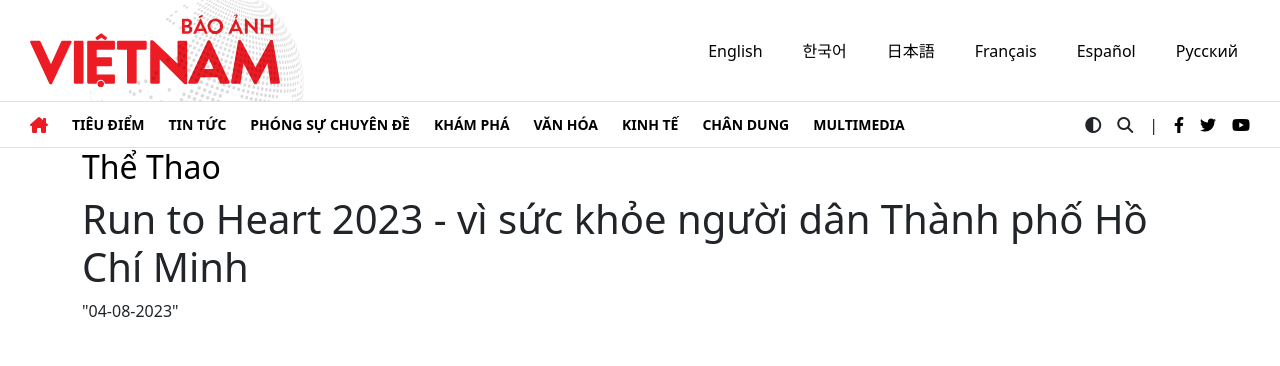
Repository: kietdotshp/webtintuc
Page: Detail.html
These files come from the project's save history. The page is drawn as it stood at one moment and after a run of saves; the edit follows.
The browser window is 1280 px wide. The pictures show the whole page.
Some icons come from a web library that is not loaded, so they are not drawn. Some web libraries are served in a nearby version.

Above is the page before, as saved 2023-08-10 15:52:50.

### Detail.html
<!DOCTYPE html>
<html lang="en">

<head>
    <title></title>
    <meta charset="UTF-8">
    <meta name="viewport" content="width=device-width, initial-scale=1">
    <link href="assets/css/detail.css" rel="stylesheet">
    <link href="https://cdn.jsdelivr.net/npm/bootstrap@5.3.1/dist/css/bootstrap.min.css" rel="stylesheet"
        integrity="sha384-4bw+/aepP/YC94hEpVNVgiZdgIC5+VKNBQNGCHeKRQN+PtmoHDEXuppvnDJzQIu9" crossorigin="anonymous">
    <link href="https://cdn.jsdelivr.net/npm/bootstrap@5.3.1/dist/css/bootstrap.min.css" rel="stylesheet"
        integrity="sha384-4bw+/aepP/YC94hEpVNVgiZdgIC5+VKNBQNGCHeKRQN+PtmoHDEXuppvnDJzQIu9" crossorigin="anonymous" />
    <script src="https://cdn.jsdelivr.net/npm/bootstrap@5.3.1/dist/js/bootstrap.bundle.min.js"></script>
    <script src="https://kit.fontawesome.com/a076d05399.js"></script>
    <link rel="stylesheet" href="https://cdnjs.cloudflare.com/ajax/libs/font-awesome/6.4.2/css/all.min.css"
        integrity="sha512-z3gLpd7yknf1YoNbCzqRKc4qyor8gaKU1qmn+CShxbuBusANI9QpRohGBreCFkKxLhei6S9CQXFEbbKuqLg0DA=="
        crossorigin="anonymous" referrerpolicy="no-referrer" />

</head>

<header>
    <div class="container-custom">
        <section class="d-flex align-items-center justify-content-between">
            <!-- Web logo -->
            <figure class="web-logo">
                <img src="./assets/images/logo-vi.svg" alt="Logo" class="img-contain" />
            </figure>

            <div class="d-none d-lg-flex align-items-center gap-3">
                <a href="javascript:void(0)" class="choose-lang">English</a>
                <a href="javascript:void(0)" class="choose-lang">한국어</a>
                <a href="javascript:void(0)" class="choose-lang">日本語</a>
                <a href="javascript:void(0)" class="choose-lang">Français</a>
                <a href="javascript:void(0)" class="choose-lang">Español</a>
                <a href="javascript:void(0)" class="choose-lang">Русский</a>
            </div>

            <a class="mobile-menu d-lg-none" href="javascript:void(0)">
                <i class="fa-solid fa-bars-staggered fs-2"></i>
            </a>
        </section>
    </div>

    <div class="line-seperate-horizontal"></div>

    <div class="container-custom">
        <section class="d-flex align-items-center justify-content-between py-3 py-lg-0">
            <div class="d-flex align-items-center gap-4 gap-xxl-5">
                <a href="javascript:void(0)">
                    <i class="fa-solid fa-house-chimney color-primary"></i>
                </a>

                <div class="d-none d-lg-flex align-items-center gap-4 gap-xxl-5">
                    <a href="javascript:void(0)" class="menu-item">Tiêu điểm</a>
                    <a href="javascript:void(0)" class="menu-item">Tin tức</a>
                    <a href="javascript:void(0)" class="menu-item">Phóng sự chuyên đề</a>
                    <a href="javascript:void(0)" class="menu-item">Khám phá</a>
                    <a href="javascript:void(0)" class="menu-item">Văn hóa</a>
                    <a href="javascript:void(0)" class="menu-item">Kinh tế</a>
                    <a href="javascript:void(0)" class="menu-item">Chân dung</a>
                    <a href="javascript:void(0)" class="menu-item">Multimedia</a>
                </div>
            </div>

            <div class="d-flex align-items-center gap-3">
                <div class="d-flex align-items-center gap-3">
                    <div class="cursor-pointer">
                        <i class="fa-solid fa-circle-half-stroke"></i>
                    </div>
                    <div class="cursor-pointer">
                        <i class="fa-solid fa-magnifying-glass"></i>
                    </div>
                </div>

                <div class="d-lg-none d-xl-block">|</div>

                <div class="d-lg-none d-xl-flex align-items-center gap-3">
                    <a href="javascript:void(0)">
                        <i class="fa-brands fa-facebook-f"></i>
                    </a>
                    <a href="javascript:void(0)">
                        <i class="fa-brands fa-twitter"></i>
                    </a>
                    <a href="javascript:void(0)">
                        <i class="fa-brands fa-youtube"></i>
                    </a>
                </div>
            </div>
        </section>
    </div>
</header>
<div class="line-seperate-horizontal"></div>

<body>
    <div class="container">
        <div class="detailmenu">
            <h2><a href="#" target="kiểu mở liên kết">Thể Thao</a> </h2>
            <h1>Run to Heart 2023 - vì sức khỏe người dân Thành phố Hồ Chí Minh</h1>

            <time>
                <i class="icon-time icon-grp icon-s12"></i>
                "04-08-2023"
            </time>
        </div>
    </div>
</body>

</html>

### assets/css/detail.css
:root {
    --main-color: #333;
    --main-red-color: #ed1c24;
    --main-white-color: #fff;
    --main-blue-color-1: #b8dcf3;
    --main-blue-color-2: #467491;
    --main-grey-color-1: #666;
    --main-grey-color-2: #888;
    --main-grey-color-3: #f0f0f0;
    --main-border-color: #e0e0e0;
  }

  /* Common */
  .body {
    display: flex;
    flex-direction: column;
    min-height: 100vh;
    font-size: 16px;
    color: var(--main-color);
    font-family: 'Roboto-Regular', sans-serif;
  }

  .img-cover {
    width: 100%;
    height: 100%;
    object-fit: cover;
  }

  .img-contain {
    width: 100%;
    height: 100%;
    object-fit: contain;
  }

  img {
    max-width: 100%;
    max-height: 100%;
  }

  a {
    text-decoration: none !important;
    color: initial !important;
  }

  .color-primary {
    color: var(--main-red-color);
  }

  .cursor-pointer {
    cursor: pointer;
  }

  .container-custom {
    max-width: 1400px;
    padding-inline: 15px;
    margin: 0 auto;

    @media (min-width: 768px) {
      padding-inline: 30px;
    }
  }

  .text-line-clamp-2 {
    display: -webkit-box;
    -webkit-line-clamp: 2;
    -webkit-box-orient: vertical;
    overflow: hidden;
  }

  .text-line-clamp-3 {
    display: -webkit-box;
    -webkit-line-clamp: 3;
    -webkit-box-orient: vertical;
    overflow: hidden;
  }

  .image-padding-top {
    position: relative;
    padding-top: 56.25%;
  }

  /* Header css */
  .web-logo {
    position: relative;
    padding-block: 14px;
    margin-bottom: 0;
    width: 150px;

    @media (min-width: 992px) {
      width: 250px;
    }
  }

  .web-logo::after {
    content: '';
    background: url('../images/earth-digital.svg') no-repeat;
    width: 100%;
    height: 100%;
    opacity: 0.2;
    position: absolute;
    right: -60px;
    top: 0;
  }

  .choose-lang {
    border-radius: 9999px;
    padding: 6px 12px;
  }

  .choose-lang:hover {
    background-color: var(--main-border-color);
  }

  .line-seperate-horizontal {
    width: 100%;
    height: 1px;
    background-color: #e0e0e0;
  }

  .line-seperate-vertical {
    width: 1px;
    height: 100%;
    background-color: #e0e0e0;
    margin: 0 auto;
  }

  .menu-item {
    text-transform: uppercase;
    font-weight: 700;
    font-size: 14px;
    position: relative;
    padding-block: 12px;
    white-space: nowrap;
  }

  .menu-item::before {
    content: '';
    position: absolute;
    top: -1px;
    left: 50%;
    right: 50%;
    transform: translate(-50%, 0);
    width: 0;
    height: 2px;
    background: var(--main-red-color);
    transition: all 0.2s linear;
  }

  .menu-item:hover:before {
    width: 100%;
  }

  /* Carousel */
  .carousel-item {
    position: absolute !important;
    top: 0;
    left: 0;
    width: 100%;
    height: 100%;
  }

  .carousel-control-next,
  .carousel-control-prev {
    width: 10% !important;
  }

  .carousel-control-prev,
  .carousel-control-next {
    opacity: 0 !important;
  }

  .carousel:hover .carousel-control-prev,
  .carousel:hover .carousel-control-next {
    transition: all 0.3s linear;
    opacity: 1 !important;
  }

  /* Main */
  .content {
    border: 1px solid var(--main-border-color);
    padding: 20px;
  }

  .content-spacing {
    margin-block: 40px;
  }

  .content-title {
    display: inline-block;
    color: var(--main-red-color);
    line-height: 26px;
    font-size: 26px;
    font-weight: 600;
    margin-bottom: 20px;
  }

  .article-title {
    font-size: 22px;
    font-weight: 600;
  }

  .article-title.sub {
    font-size: 16px;
  }

  .article-category {
    text-transform: uppercase;
    font-size: 12px;
    color: var(--main-grey-color-2);
  }

  .content-ul-list {
    padding-left: 20px;
    margin-bottom: 0;
    max-height: 480px;
    overflow: auto;
  }

  .content-ul-list li::marker {
    color: var(--main-red-color);
  }

  /* Spacing */
  .mb-10px {
    margin-bottom: 10px;
  }

  .max-w-40px {
    max-width: 40px !important;
  }
  h2{
    color: var(--main-red-color);
  }

After the next 6 saves:
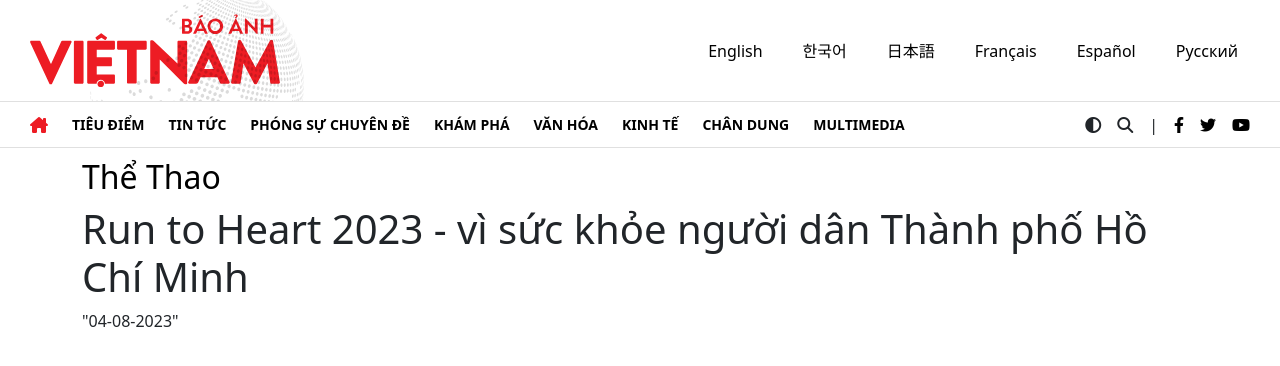
The 6 saves are shown as one change because they came seconds apart.
The last was saved 12 s later.
--- a/assets/css/detail.css
+++ b/assets/css/detail.css
@@ -231,3 +231,6 @@
   h2{
     color: var(--main-red-color);
   }
+  .detailmenu{
+    margin-top: 10px;
+  }
